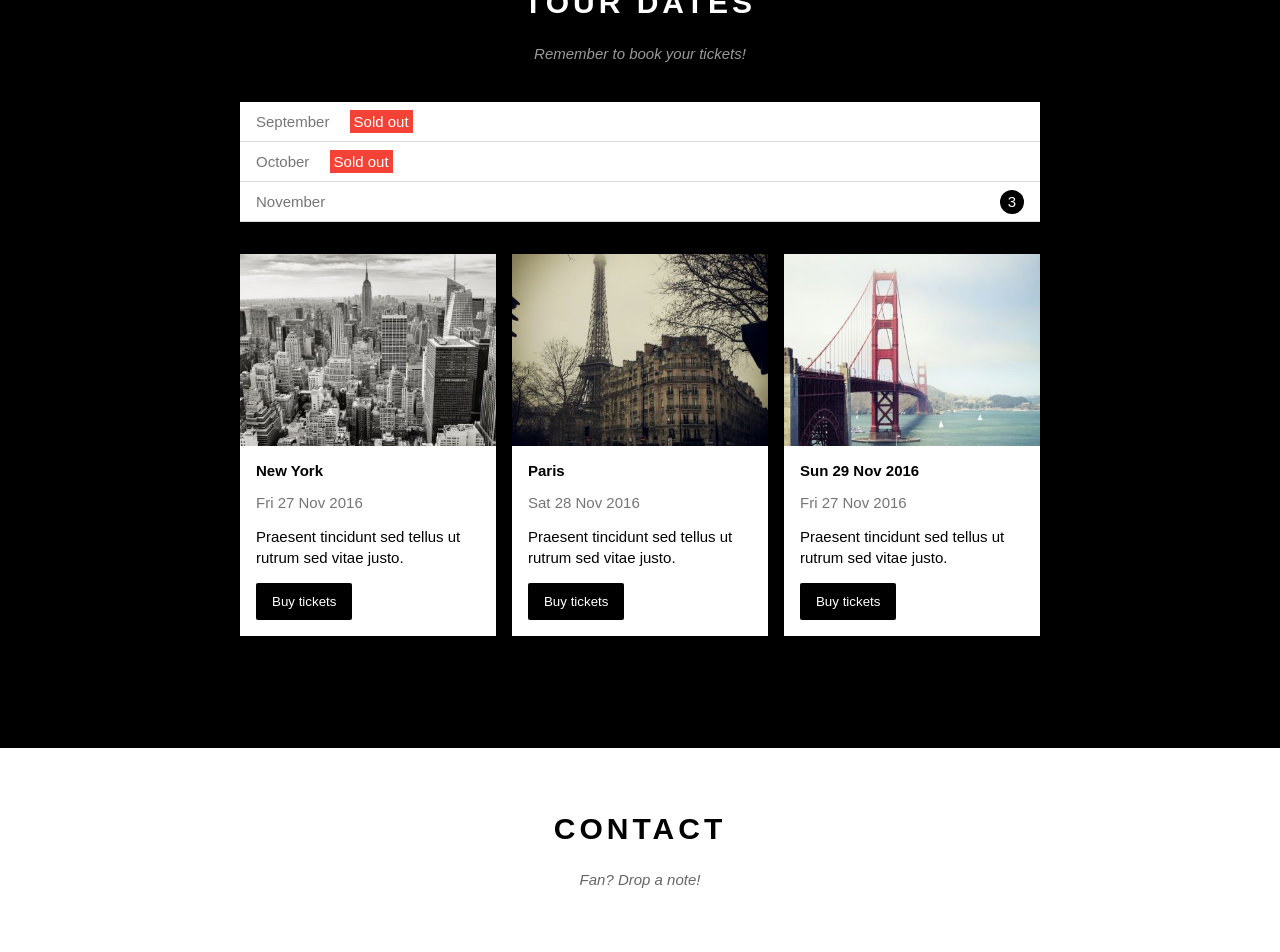
Repository: Phunobita/The-band-w3school
Page: index.html
The author's editor kept a copy of each file at every save. The page is drawn from the files as they stood at one save, then again after the next save.
The browser window is 1280 px wide. The pictures show the part of the page from y = 1021 to 1973 px (the page is 1973 px tall before and 1969 px after).
A picture or video elsewhere on the page could not be fetched, so the positions and the page height are approximate.

Above is the page before, as saved 2021-12-03 15:19:42.

### index.html
<!DOCTYPE html>
<html lang="en">

<head>
    <meta charset="UTF-8">
    <meta http-equiv="X-UA-Compatible" content="IE=edge">
    <meta name="viewport" content="width=device-width, initial-scale=1.0">
    <title>The band</title>
    <link rel="stylesheet" href="./assets/fonts/themify-icons-font/themify-icons/themify-icons.css">
    <link rel="stylesheet" href="./assets/css/style.css">
</head>

<body>
    <div id="main">
        <div id="header">
            <!--Begin nav-->
            <ul id="nav">
                <li><a href="">Home</a></li>
                <li><a href="">Band</a></li>
                <li><a href="">Tour</a></li>
                <li><a href="">Contact</a></li>
                <li>
                    <a href="">
                        More
                        <i class="nav-arrow-down ti-angle-down"></i>
                    </a>
                    <ul class="subnav">
                        <li><a href="">Merchandise</a></li>
                        <li><a href="">Extras</a></li>
                        <li><a href="">Media</a></li>
                    </ul>
                </li>
            </ul>
            <!--End nav-->
            <div class="search-btn">
                <i class="search-icon ti-search"></i>
            </div>
        </div>

        <div id="slider">
            <img src="./assets/img/chicago.jpg" alt="" class="slider__img">
            <div class="text-content">
                <h2 class="heading">New York</h2>
                <div class="content">The atmosphere in New York is lorem ipsum</div>
            </div>

        </div>
        <!--About section-->
        <div id="content">
            <div class="content-section">
                <h2 class="section-heading">THE BAND</h2>
                <p class="section-sub-heading">We love music</p>
                <p class="about-text">We have created a fictional band website. Lorem ipsum dolor sit amet, consectetur
                    adipiscing elit, sed do eiusmod tempor incididunt ut labore et dolore magna aliqua. Ut enim ad minim
                    veniam, quis nostrud exercitation ullamco laboris nisi ut aliquip ex ea commodo consequat. Duis aute
                    irure dolor in reprehenderit in voluptate velit esse cillum dolore eu fugiat nulla pariatur.
                    Excepteur sint occaecat cupidatat non proident, sunt in culpa qui officia deserunt mollit anim id
                    est laborum consectetur adipiscing elit, sed do eiusmod tempor incididunt ut labore et dolore magna
                    aliqua. Ut enim ad minim veniam, quis nostrud exercitation ullamco laboris nisi ut aliquip ex ea
                    commodo consequat.</p>
                <div class="Team">
                    <div class="member-item">
                        <p class="member-name">Name</p>
                        <img src="./assets/img/tv.jpg" alt="Name" class="member-img">
                    </div>
                    <div class="member-item">
                        <p class="member-name">Name</p>
                        <img src="./assets/img/tv.jpg" alt="Name" class="member-img">
                    </div>
                    <div class="member-item">
                        <p class="member-name">Name</p>
                        <img src="./assets/img/tv.jpg" alt="Name" class="member-img">
                    </div>
                    <div class="clear"></div>
                </div>
            </div>

            <!--Tour section-->
            <div class="tour__section">
                <div class="content-section">
                    <h2 class="section-heading text-white">TOUR DATES</h2>
                    <p class="section-sub-heading text-white">Remember to book your tickets!</p>

                    <ul class="ticket__list">
                        <li class="ticket__list-item">
                            September
                            <span class="sold-out">Sold out</span>
                        </li>
                        <li class="ticket__list-item">
                            October
                            <span class="sold-out">Sold out</span>
                        </li>
                        <li class="ticket__list-item">
                            November
                            <span class="quantity">3</span>
                        </li>
                    </ul>
                    <div class="place__list">
                        <div class="place__list-item">
                            <img src="./assets/img/newyork.jpg" alt="New York" class="place__img">
                            <div class="place-body">
                                <h3 class="place-heading">New York</h3>
                                <p class="place-time">Fri 27 Nov 2016</p>
                                <p class="place-description">Praesent tincidunt sed tellus ut rutrum sed vitae justo.
                                </p>
                                <button href="#" class="place-buy-btn js-buy-ticket">Buy tickets</button>
                            </div>
                        </div>
                        <div class="place__list-item">
                            <img src="./assets/img/paris.jpg" alt="New York" class="place__img">
                            <div class="place-body">
                                <h3 class="place-heading">Paris</h3>
                                <p class="place-time">Sat 28 Nov 2016</p>
                                <p class="place-description">Praesent tincidunt sed tellus ut rutrum sed vitae justo.
                                </p>
                                <button href="#" class="place-buy-btn js-buy-ticket">Buy tickets</button>
                            </div>
                        </div>
                        <div class="place__list-item">
                            <img src="./assets/img/sanfran.jpg" alt="New York" class="place__img">
                            <div class="place-body">
                                <h3 class="place-heading">Sun 29 Nov 2016</h3>
                                <p class="place-time">Fri 27 Nov 2016</p>
                                <p class="place-description">Praesent tincidunt sed tellus ut rutrum sed vitae justo.
                                </p>
                                <button href="#" class="place-buy-btn js-buy-ticket">Buy tickets</button>
                            </div>
                        </div>
                        <div class="clear"></div>
                    </div>
                </div>
            </div>
            <!--Contact section-->
            <div class="content-section">
                <h2 class="section-heading">CONTACT</h2>
                <p class="section-sub-heading">Fan? Drop a note!</p>
            </div>

            <div id="footer">

            </div>
        </div>
        <div class="modal js-modal">
            <div class="modal-container js-modal-container">
                <div class="modal-close js-modal-close">
                    <i class="ti-close"></i>
                </div>

                <header class="modal-header">
                    <i class="modal-heading-icon ti-bag"></i>
                    Tickets
                </header>

                <div class="modal-body">
                    <label for="ticket-quantity" class="modal-label">
                        <i class="ti-shopping-cart"></i>
                        Tickets, $15 per person
                    </label>
                    <input id="ticket-quantity" type="text" class="modal-input" placeholder="How many?">

                    <label for="ticket-email" class="modal-label">
                        <i class="ti-user"></i>
                        Send To
                    </label>
                    <input id="ticket-email" type="email" class="modal-input" placeholder="Enter email">
                    <button id="buy-ticket">
                        Pay <i class="ti-check"></i>
                    </button>
                </div>
                <footer class="modal-footer">
                    <p class="modal-help">Need <a href="">help?</a></p>
                </footer>
            </div>
        </div>
    </div>

    <script>
        const buyBtns = document.querySelectorAll('.js-buy-ticket')
        const modal = document.querySelector('.js-modal')
        const modalContainer = document.querySelector('.js-modal-container')
        const modalClose = document.querySelector('.js-modal-close')

        function showBuyTickets() {
            modal.classList.add('open')
        }

        function hideBuyTickets() {
            modal.classList.remove('open')
        }

        for (const buyBtn of buyBtns) {
            buyBtn.addEventListener('click', showBuyTickets)
        }

        modalClose.addEventListener('click', hideBuyTickets)
        modal.addEventListener('click', hideBuyTickets)
        modalContainer.addEventListener('click', function (event) {
            event.stopPropagation()
        }
        )
    </script>
</body>

</html>

### assets/css/style.css
* {
  padding: 0;
  margin: 0;
  box-sizing: border-box;
}
html {
  font-family: Arial, Helvetica, sans-serif;
}
/*
1.vi tri
2. kich thuoc
3.Mau sac
4. Hinh dang
*/
.clear {
  clear: both;
}
.text-white {
  color: #fff !important;
}

.row {
  margin-left: -8px;
  margin-right: -8px;
}

.right {
  float: left;
  padding-left: 8px;
  padding-right: 8px;
}
#main {
}
#header {
  height: 46px;
  background-color: black;
  position: fixed;
  top: 0;
  left: 0;
  right: 0;
  z-index: 1;
}
#nav {
  display: inline-block;
}
#nav,
.subnav {
  list-style-type: none;
}
#nav > li > a {
  color: #fff;
  text-transform: uppercase;
}
#nav li a {
  text-decoration: none;
  line-height: 46px;
  padding: 0 24px;
  display: block;
}
#nav > li:hover > a,
#nav .subnav li:hover a {
  color: black;
  background-color: #ccc;
}
#nav li:hover .subnav {
  display: block;
}
#nav > li {
  display: inline-block;
  position: relative;
}
#nav .nav-arrow-down {
  font-size: 14px;
}
#nav .subnav {
  display: none;
  min-width: 160px;
  position: absolute;
  top: 100%;
  background-color: white;
  box-shadow: 0 0 10px rgba(0, 0, 0, 0.3);
}
#nav .subnav a {
  color: black;
  padding: 0 12px;
  line-height: 38px;
}
#header .search-btn {
  float: right;
  padding: 0 21px;
  cursor: pointer;
}
#header .search-icon {
  color: #fff;
  font-size: 20px;
  line-height: 46px;
}
#header .search-btn:hover {
  background-color: #f44336;
}
#slider {
  margin-top: 46px;
  position: relative;
  background: url("/assets/img/chicago.jpg") top center / cover no-repeat;
}
#slider .text-content {
  position: absolute;
  bottom: 47px;
  color: white;
  width: 100%;
  text-align: center;
}
#silder .heading {
  font-weight: 500px;
  font-size: 24px;
}
#slider .content {
  font-size: 15px;
  margin-top: 25px;
}
#content {
}
#content .content-section {
  padding: 64px 0;
  width: 800px;
  margin-left: auto;
  margin-right: auto;
}
#content .section-heading {
  font-size: 30px;
  font-weight: 500px;
  text-align: center;
  letter-spacing: 4px;
}
#content .section-sub-heading {
  font-size: 15px;
  text-align: center;
  margin-top: 25px;
  font-style: italic;
  opacity: 0.6;
}
#content .about-text {
  margin-top: 25px;
  text-align: justify;
  line-height: 1.4;
  font-size: 15px;
}
#content .member-item {
  float: left;
  width: calc(100% / 3);
  text-align: center;
}
#content .Team {
  margin-top: 48px;
}
#content .member-name {
  font-size: 15px;
  margin-bottom: 15px;
}
#content .member-img {
  width: 154px;
  border-radius: 4px;
}

/* Tour section */
.tour__section {
  background-color: #000;
}

.ticket__list {
  background-color: #fff;
  margin-top: 40px;
  list-style: none;
}
.ticket__list-item {
  color: #757575;
  font-size: 15px;
  padding: 11px 16px;
  border-bottom: 1px solid #ddd;
}
.ticket__list .sold-out {
  color: #fff;
  background-color: #f44336;
  padding: 3px 4px;
  margin-left: 16px;
}
.ticket__list .quantity {
  float: right;
  width: 24px;
  height: 24px;
  background-color: #000;
  color: #fff;
  border-radius: 50%;
  text-align: center;
  line-height: 24px;
  margin-top: -3px;
}

/*  Place body*/
.place__list {
  margin: 32px -8px 48px -8px;
  padding-bottom: px;
}
.place__list-item {
  float: left;
  width: 33.3333%;
  padding: 0 8px;
}
.place__img {
  width: 100%;
  display: block;
}
.place__img:hover {
  opacity: 0.7;
}
.place-body {
  background-color: #fff;
  padding: 16px;
  font-size: 15px;
}
.place-heading {
  font-size: 15px;
  font-weight: 600;
}
.place-time {
  margin-top: 15px;
  color: #757575;
}
.place-description {
  margin-top: 15px;
  line-height: 1.4;
}
.place-buy-btn {
  display: inline-block;
  background-color: black;
  border: none;
  color: #fff;
  text-decoration: none;
  padding: 11px 16px;
  margin-top: 15px;
  border-radius: 2px;
  cursor: pointer;
}
.place-buy-btn:hover {
  color: #000;
  background-color: #ccc;
}

/* Modal */
.modal {
  position: fixed;
  top: 0;
  left: 0;
  bottom: 0;
  right: 0;
  background-color: rgba(0, 0, 0, 0.4);
  align-items: center;
  justify-content: center;
  display: none;
}
.modal.open {
  display: flex;
}
.modal-container {
  background-color: #fff;
  width: 900px;
  max-width: calc(100% - 32px);
  min-height: 200px;
  position: relative;
  animation: modalFadeIn ease 0.5s;
}
.modal-header {
  background-color: #009688;
  height: 130px;
  display: flex;
  align-items: center;
  justify-content: center;
  font-size: 30px;
  color: #fff;
}
.modal-heading-icon {
  margin-right: 16px;
}
.modal-close {
  position: absolute;
  right: 0;
  top: 0;
  padding: 16px;
  cursor: pointer;
  color: #fff;
}
.modal-close:hover {
  background-color: #ccc;
}
.modal-body {
  padding: 16px;
}

.modal-label {
  display: block;
  font-size: 15px;
  margin-bottom: 12px;
}

.modal-input {
  border: 1px solid #ccc;
  font-size: 15px;
  width: 100%;
  padding: 10px;
  margin-bottom: 24px;
}
#buy-ticket {
  background-color: #009688;
  border: none;
  width: 100%;
  padding: 18px;
  font-size: 15px;
  color: #fff;
  text-transform: uppercase;
  font-weight: 700;
  cursor: pointer;
}
#buy-ticket:hover {
  opacity: 0.8;
}

.modal-footer {
  padding: 16px;
  text-align: right;
}
.modal-help a {
  color: #2196f3;
}
#footer {
}

@keyframes modalFadeIn {
  from {
    opacity: 0;
    transform: translateY(-150px);
  }
  to {
    opacity: 1;
    transform: translateY(0);
  }
}

Loaded but not shown: assets/fonts/themify-icons-font/themify-icons/themify-icons.css (common file)

After the next save:
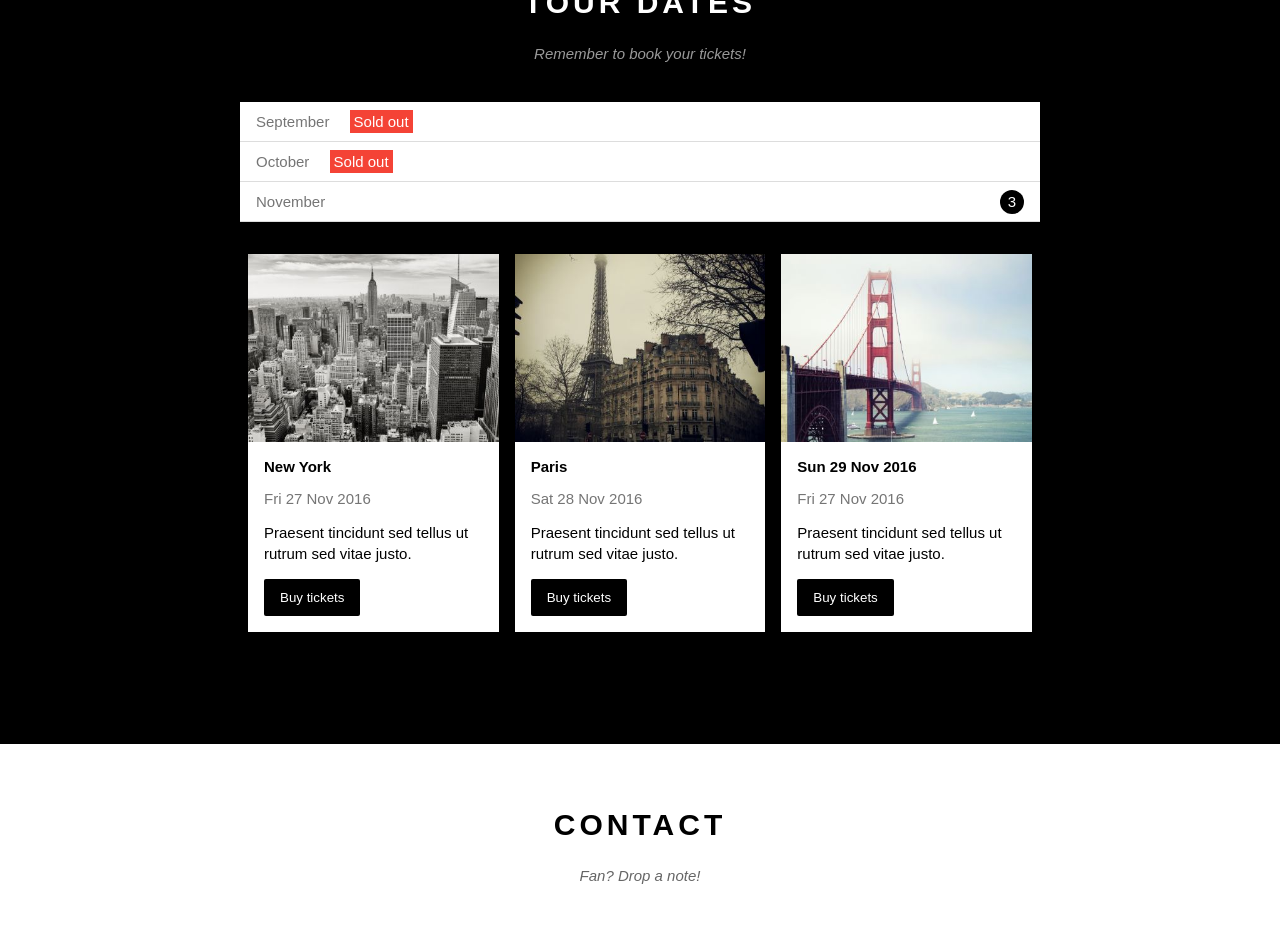
Saved 93 s later.
--- a/assets/css/style.css
+++ b/assets/css/style.css
@@ -198,8 +198,8 @@
 
 /*  Place body*/
 .place__list {
-  margin: 32px -8px 48px -8px;
-  padding-bottom: px;
+  margin-top: 32px;
+  margin-bottom: 48px;
 }
 .place__list-item {
   float: left;

After the save that followed:
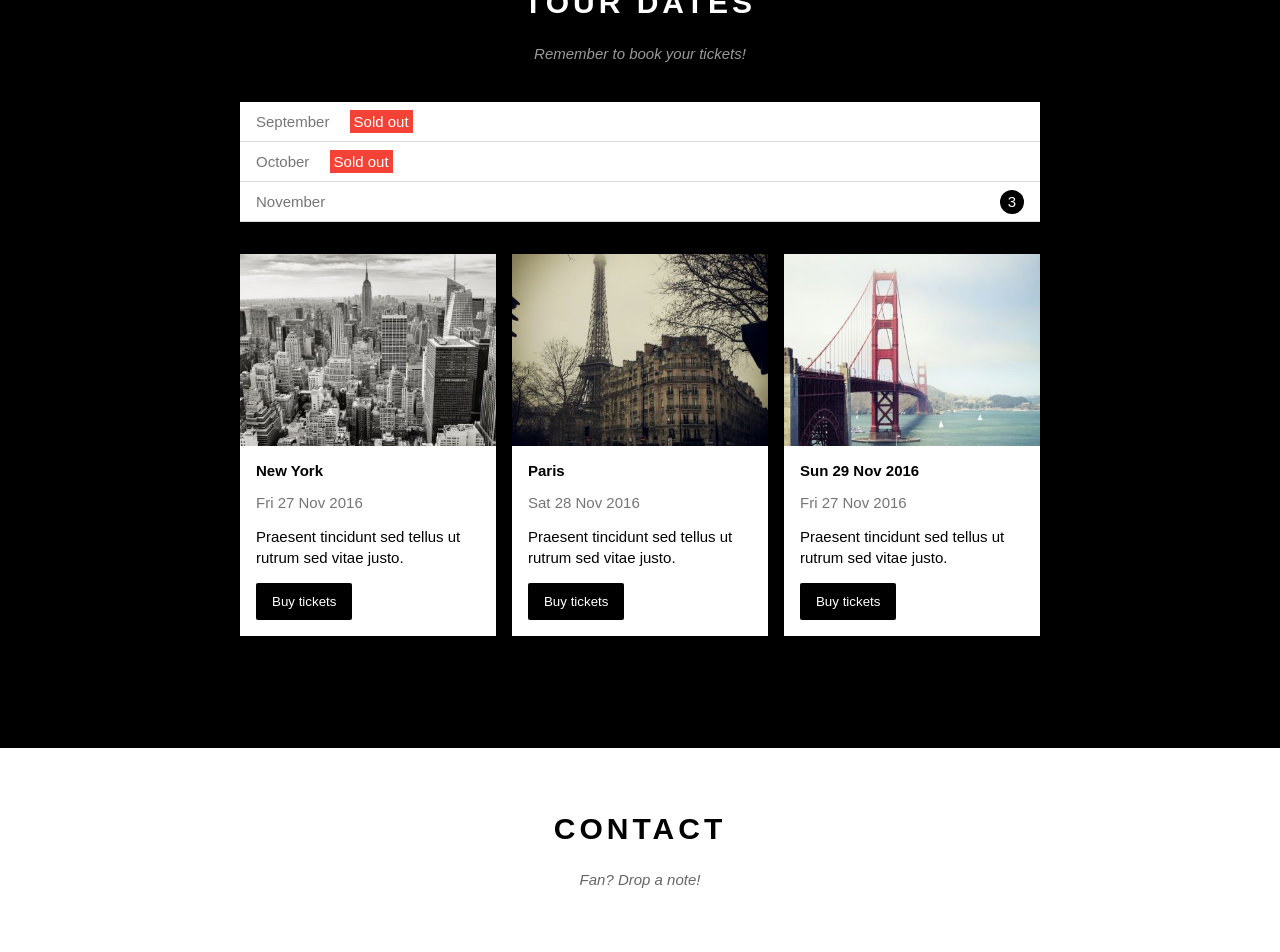
Saved 21 s later.
--- a/index.html
+++ b/index.html
@@ -95,7 +95,7 @@
                             <span class="quantity">3</span>
                         </li>
                     </ul>
-                    <div class="place__list">
+                    <div class="row place__list">
                         <div class="place__list-item">
                             <img src="./assets/img/newyork.jpg" alt="New York" class="place__img">
                             <div class="place-body">
